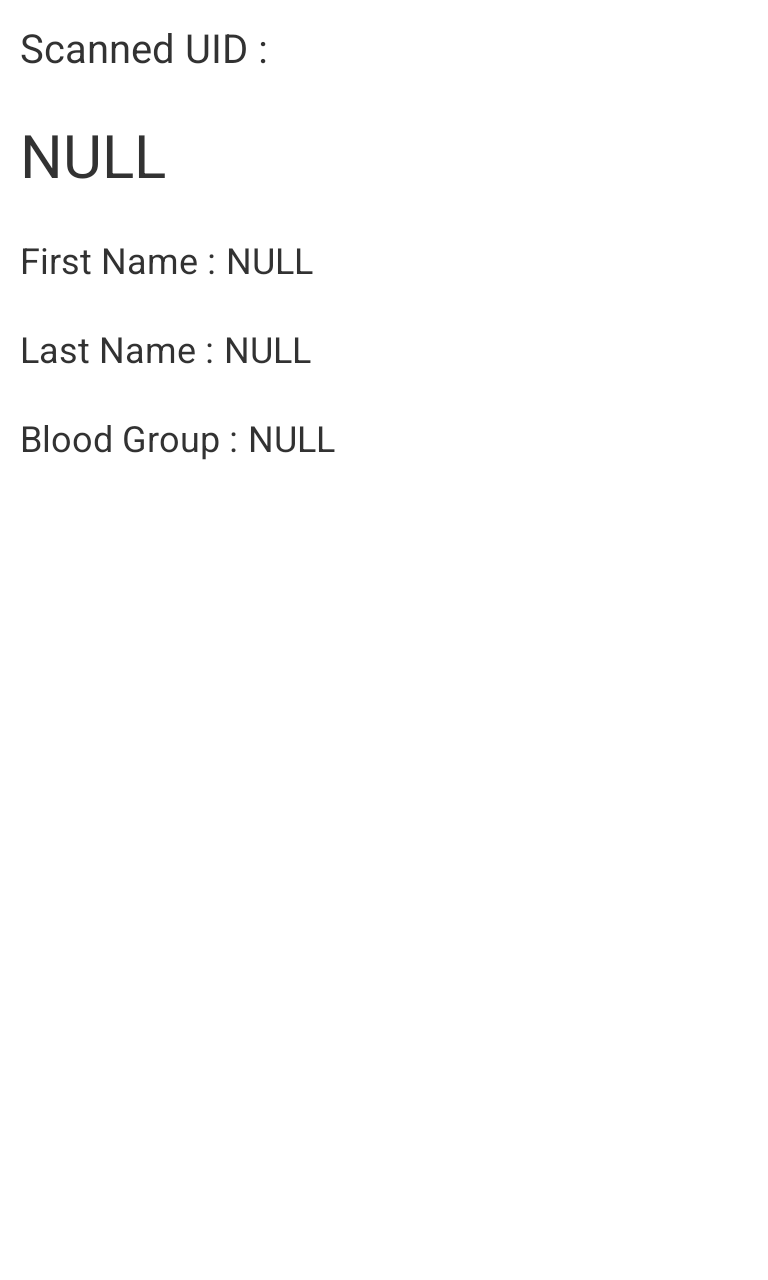
Repository: LennoxAlexion/UID
Layout: Android App/Uid-Project/res/layout/activity_qr_result.xml
These files come from the project's save history. The layout is drawn as it stood at one moment and after the next save; the edit follows.
It is drawn on a 768 x 1280 px phone screen (xhdpi) without system bars, with theme AppTheme; the app's code is not run.

Above is the layout before, as saved 2015-03-29 07:02:54.

After the next save:
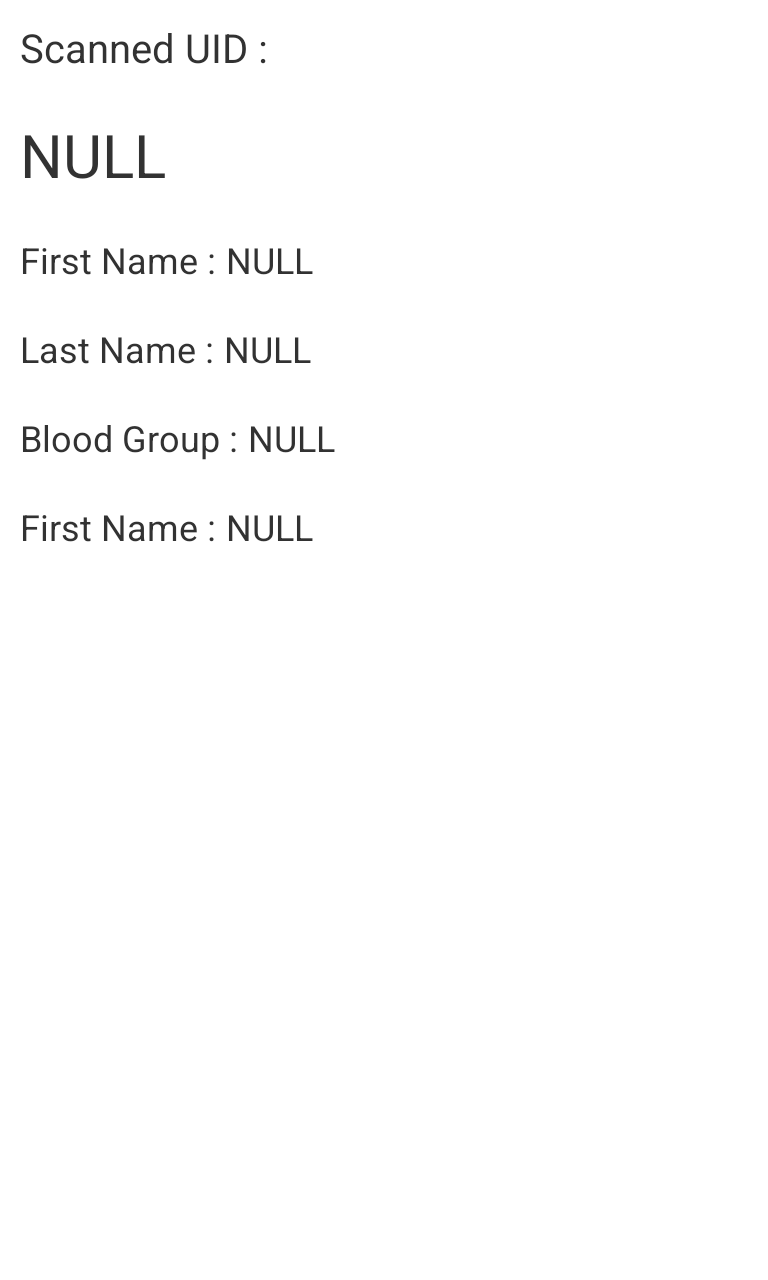
Saved 27 s later.
--- a/Android App/Uid-Project/res/layout/activity_qr_result.xml
+++ b/Android App/Uid-Project/res/layout/activity_qr_result.xml
@@ -87,5 +87,27 @@
             android:textSize="18dp" />
     </LinearLayout>
 
+    <LinearLayout
+        android:layout_width="fill_parent"
+        android:layout_height="wrap_content"
+        android:layout_margin="5dp"
+        android:orientation="horizontal"
+        android:padding="5dp" >
+
+        <TextView
+            android:layout_width="wrap_content"
+            android:layout_height="wrap_content"
+            android:text="First Name :"
+            android:textSize="18dp" />
+
+        <TextView
+            android:id="@+id/TextView_qr_result_FirstName"
+            android:layout_width="wrap_content"
+            android:layout_height="wrap_content"
+            android:layout_marginLeft="5dp"
+            android:text="NULL"
+            android:textSize="18dp" />
+    </LinearLayout>
+
 
 </LinearLayout>
